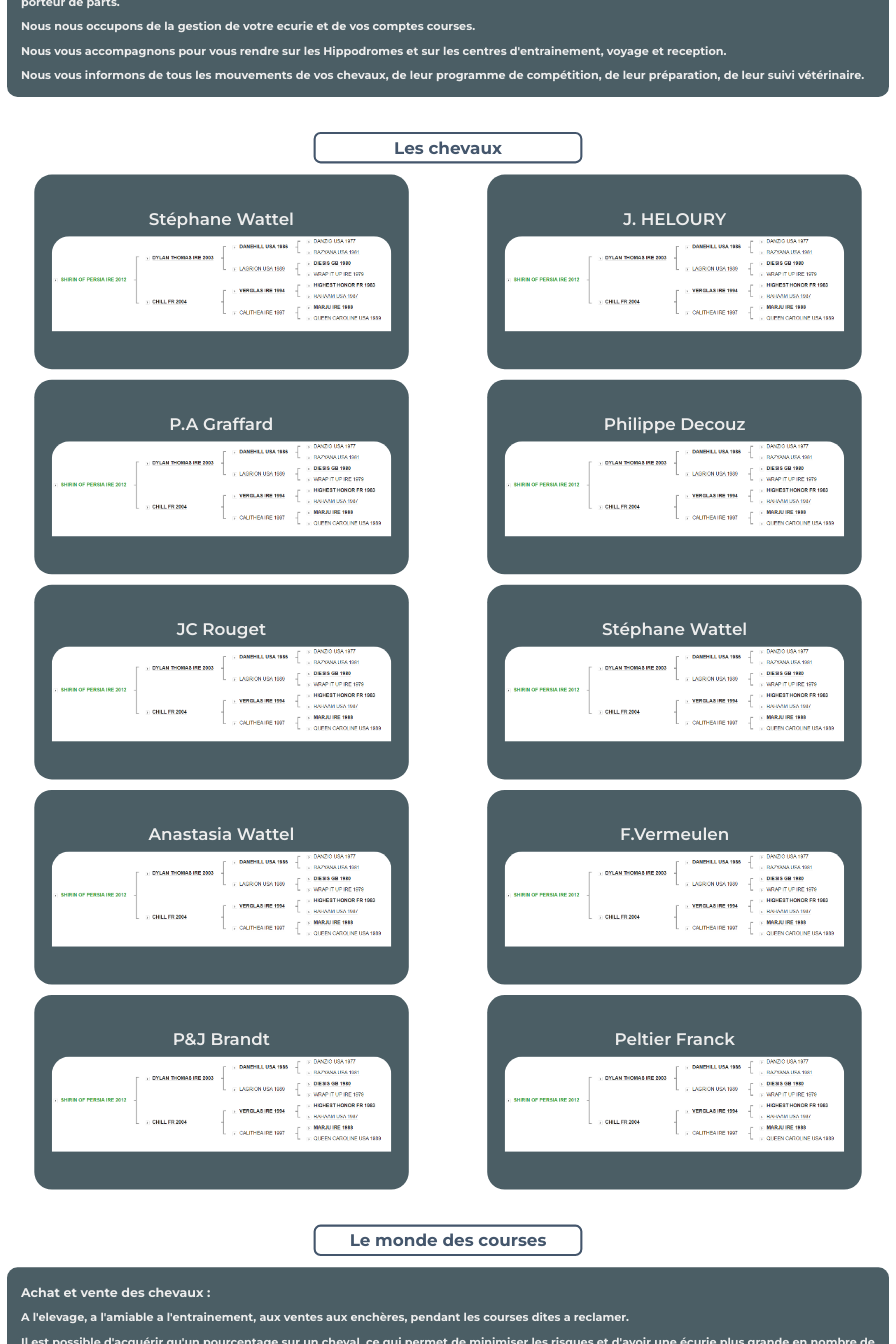
Repository: Vanitti/Site-web
Page: index.html
The author's editor kept a copy of each file at every save. The page is drawn from the files as they stood at one save, then again after the next save.
The browser window is 1280 px wide. The pictures show the part of the page from y = 848 to 2768 px (the page is 4079 px tall before and 4109 px after), at 70% of full size.
Some web libraries are served in a nearby version.

Above is the page before, as saved 2023-06-24 15:19:50.
Not found: app.js

### index.html
<!DOCTYPE html>
<html lang="fr">
<head>
    <meta charset="UTF-8">
    <meta name="viewport" content="width=device-width, initial-scale=1.0">
    <title>F&F Horses</title>
    <link rel="icon" href="images/couleur-t.png">
    <link rel="stylesheet" href="index.css">
    <script src="app.js"></script>
    <script src="https://cdnjs.cloudflare.com/ajax/libs/font-awesome/5.12.0-2/js/all.min.js"></script>
</head>
<body>
    <header class="header">
        <img src="images/couleur-t.png" alt="Logo du site">
        <nav class="nav">
            <li><a href="#accueil" class="transition">Accueil</a></li>
            <li><a href="#services" class="transition">Nos services</a></li>
            <li><a href="#chevaux" class="transition">Nos chevaux</a></li>
            <li><a href="#courses" class="transition">Le monde des courses</a></li>
            <li><a href="#histoire" class="transition">Histoire</a></li>
            <li><a href="#contact" class="transition">Contact</a></li>
            <li><a href="login.html">Se connecter</a></li>
        </nav>
    </header>

    <section  id="accueil">
        <div class="landing-page">
          <video class="video-container" id="background-video" autoplay loop muted><source src="images/video/F&F horses.mp4" type="video/mp4" ></video>
          <h1 class="big-title">F&F Horses</h1>
        </div>
    </section>


<!-- Nos services-->
<h1 id="services" class="section-title" >Nos services</h1>

<div class="s">
<h2 class="section-sous">Conseils et accompagnement :</h2>
<h3 class="texte">Nous sommes à votres disposition pour faire une sélection des chevaux, en fonction de vos envies et de votre budget.</h3>
<h3 class="texte">Nous vous accompagnons pour l'achat et la vente des chevaux.</h3>
<h3 class="texte">Nous vous accompagnons pour la creation de vos comptes et a la realisation de vos couleurs ou simplement a integrer notre société en temps que porteur de parts.</h3>
<h3 class="texte">Nous nous occupons de la gestion de votre ecurie et de vos comptes courses.</h3>
<h3 class="texte">Nous vous accompagnons pour vous rendre sur les Hippodromes et sur les centres d'entrainement, voyage et reception.</h3>
<h3 class="texte">Nous vous informons de tous les mouvements de vos chevaux, de leur programme de compétition, de leur préparation, de leur suivi vétérinaire.</h3>
</div>

<!-- Nos chevaux -->
<h1 id="chevaux" class="section-title" >Les chevaux</h1>

<div class="entraineur">
    <div ><h3 >Stéphane Wattel</h3><img class="cheval" src="images/chevaux/1.png"></div>
    <div ><h3 >J. HELOURY</h3><img class="cheval" src="images/chevaux/1.png"></div>
    <div ><h3 >P.A Graffard</h3><img class="cheval" src="images/chevaux/1.png"></div>
    <div ><h3 >Philippe Decouz</h3><img class="cheval" src="images/chevaux/1.png"></div>
    <div ><h3 >JC Rouget</h3><img class="cheval" src="images/chevaux/1.png"></div>
    <div ><h3 >Stéphane Wattel</h3><img class="cheval" src="images/chevaux/1.png"></div>
    <div ><h3 >Anastasia Wattel</h3><img class="cheval" src="images/chevaux/1.png"></div>
    <div ><h3 >F.Vermeulen</h3><img class="cheval" src="images/chevaux/1.png"></div>
    <div ><h3 >P&J Brandt</h3><img class="cheval" src="images/chevaux/1.png"></div>
    <div ><h3 >Peltier Franck</h3><img class="cheval" src="images/chevaux/1.png"></div>
</div>

<!-- Le monde des courses -->
<h1 id="courses" class="section-title" >Le monde des courses</h1>

<div class="c">
<h2 class="section-sous">Achat et vente des chevaux :</h2>
<h3 class="texte">A l'elevage, a l'amiable a l'entrainement, aux ventes aux enchères, pendant les courses dites a reclamer.</h3>
<h3 class="texte">Il est possible d'acquérir qu'un pourcentage sur un cheval, ce qui permet de minimiser les risques et d'avoir une écurie plus grande en nombre de chevaux.</h3>
<h3 class="texte">1 ou 4 chevaux à 25%.</h3>
</div>

<div class="c">
<h2 class="section-sous">Prix des chevaux :</h2>
<h3 class="texte">Il est difficle de donner un prix moyen, la valeur d'un cheval peut aller de quelques milliers d'euro a plusieurs millions. Raisonnablement, un cheval d'une valeur de 50 à 100 000 euro peut faire de belles courses. En principe plus la valeur du cheval est grande, plus il est susceptible de courir des courses de renom, les gains étant en rapport.</h3>
<h3 class="texte">En Un trotteur peut courir a partir de 2ans jusqu'a 10ans. Il doit atteindre un minimal chronometrique ( de 2 à 5ans) pour avoir le droit de courir sur un Hippodrome (environ 20 sur 2000 metres).</h3>
<h3 class="texte">Un pur-sang peut courir à partir de 2 ans pour les courses de plat et 3ans pour les courses d'obstacles, jusqu'a 6ans, la meilleure performance étant à 4ans.</h3>
<h3 class="texte">C'est l'entraineur qui décide a quelle course doit participer le cheval (en fonction de nombreux critères : age, sexe, distance, type de sol, concurrence, carriere du cheval...).</h3>
</div>

<div class="c">
<h2 class="section-sous">Gestion des courses :</h2>
<h3 class="texte">Les courses sont en réparties en 2 catégories :</h3>
<h3 class="texte">-Le trot, géré par le trotteur francais</h3>
<h3 class="texte">-Le galop et l'obstacle gérés par France Galop</h3>
<h3 class="texte">L'ensemble sous la tutelle du PMU. Les propriétaires peuvent étre en nom propre ou avoir des parts dans une société. Une demande doit etre faite aupres de la police judiciaire pour avoir droit au statut de "Propriétaire".</h3>
</div>

<div class="c">
<h2 class="section-sous">Fonctionnement :</h2>
<h3 class="texte">Un ecurie de chevaux de courses, c'est comme une équipe de Football, il faut des jeunes pour construire l'avenir et des chevaux d'age pour avoir des partants sur les hippodromes. Il faut tenir compte des blessures qui peuvent avoir de l'incidence dans l'organisation de l'ecurie, les chevaux de course étant des athletes a part entiere.</h3>
<h3 class="texte">-Le choix de la discipline est tres importante mais une ecurie peut avoir des chevaux dans les trois spécialités.</h3>
<h3 class="texte">Pour ma part, je trouve que le steeple-chase ainsi que les courses de haies sont trops dangereuses pour les chevaux où de nombreuses chutes sont fréquentes.</h3>
<h3 class="texte">-Les entraineurs peuvent etre choisi independamment par le cheval (ce qui n'est pas le cas dans une équipe de foot...), mais il est préferable de regrouper quelques chevaux chez un meme entraineur, ce qui facilite la communication ainsi que les visites des chevaux à l'entrainement.</h3>
</div>

<!-- Histoire -->
<h1 id="histoire" class="section-title" >Notre histoire</h1>

<div class="h">
<h3 class="texte">Dans le milieu du cheval depuis plus de 50 ans, Frederic Vanotti a été actif dans le monde des chevaux de course par le biais de son pere passionné egalement, propriétaire de nombreux gagnants et également élveur de pur-sang.</h3>
<h3 class="texte">Un rencontre en 2014 à provoqué la creation de la société F&F Horses. Un éleveur Normand de grande réputation a proposé des parts sur 2 poulains qui galopaient dans les prés.</h3>
<h3 class="texte">De retour en region Rhone-Alpes, un ami prit part a l'aventure afin de permettre a F&F Horses de voir le jou !.</h3>
<h3 class="texte">Depuis, de nombreux chevaux ont porté les couleurs de F&F Horses et l'entente avec le Haras Normand perdure toujours.</h3>
</div>

<!-- Footer -->

<footer id="contact" class="footer">
  <p class="HG">&copy; 2023 - F&F horses</p>
  <p class="HG"><a href="tel:+33 6 09 69 26 37">+33 6 09 69 26 37</a></p>
  <p class="HG"><a href="mailto:ffhorses01@gmail.com">ffhorses01@gmail.com</a></p>
  <p class="HG"><a href="Formulaire de contact.html">Formulaire de contact</a></p>
  <p class="HG">560 route de Maillat, 01430 Peyriat, France</p>
</footer>



<script src="app.js"></script>
</body>
</html>

### index.css
@import url('https://fonts.googleapis.com/css2?family=Montserrat:wght@100;200;300;400;500;600;700;800;900&display=swap');
@import url('https://fonts.googleapis.com/css2?family=Abril+Fatface&display=swap');
@import url('https://fonts.googleapis.com/css2?family=Roboto:wght@300&display=swap');

html {
  scroll-behavior: smooth;
}

body {
  margin: 0;
  padding: 0;
  font-family: 'Montserrat', sans-serif;
}

header {
  display: flex;
  align-items: center;
}

.scroll-down {
  color: white;
  text-decoration: none;
  position: absolute;
  bottom: 0;
}

/* Typographie */
.section-title {
    border-radius: 10px;
    font-size: 24px;
    font-weight: bold;
    text-align: center;
    border: solid;
    border-color: #44566c;
    color: #44566c;
    margin-left: 35%;
    margin-right: 35%;
    margin-top: 50px;
    padding: 5px;
  }

  .section-sous {
    font-size: 18px;
    font-weight: bold;
    color: #ececec;
    margin-top: 20px;
    margin-left: 15px;
  }

  .texte {
    font-size: 16px;
    color: #ececec;
    margin-top: 10px;
    margin-left: 15px;
  }


/* Navigation */
nav.nav {
  z-index: 7;
  top: 10px;
  position: fixed;
  display: flex;
  list-style: none;
  justify-content: center;
  align-items: center;
  line-height: 30px;
  transition: all 0.3s ease;
  white-space: nowrap; /* Ajout de la propriété pour empêcher le retour à la ligne */
  background-color: #201b22;
  opacity: 0.75;
  padding: 15px;
  left: 150px;
  right: 15px;
  border-radius: 15px;
  justify-content: space-between;
}

nav.nav li a {
  justify-content: space-between;
  text-decoration: none;
  font-weight: 600;
  transition: all 0.3s ease;
  color: #ececec;
  font-size: 20px;
  margin: 0; /* Supprimer les marges horizontales des liens */
}

nav.nav li a:hover {
  color: #4b5e65; /* Changement de couleur au survol */
  background-color: #ececec; /* Changement de couleur d'arrière-plan au survol */
  border-radius: 5px;
  padding: 5px;
}

/* Accueil */
header img {
  width: 150px;
  height: 150px;
  top: 0;
  left: 0;
  position: absolute;
}

.top-page {
  background: url('images/galoubet1.jpg');
  background-size: cover;
  height: 80vh;
  padding: 25px;
  z-index: -2;
}

#background-video {
  width: 100%;
  height: 80vh;
  object-fit: cover;
  background-size: cover;
  height: 80vh;
  z-index: -2;
  position: relative;
}

.big-title {
    color: #ececec;
    font-size: 140px;
    font-family: 'Abril Fatface', cursive;
    font-weight: 100;
    position: absolute;
    top: 0;
    transform: translate(50%, 50%);
  }

/* Nos chevaux */
#chevaux {
    font-size: 24px;
    font-weight: bold;
    text-align: center;
    margin-top: 50px;
  }

  .entraineur {
    display: grid;
    grid-template-columns: 1fr 1fr;
    grid-gap: 15px;
    justify-items: center;
    align-items: center;
    margin-top: 15px;
  }

  .entraineur div {
    text-align: center;
    background-color: #4b5e65;
    padding: 25px;
    border-radius: 25px;
  }

  .entraineur img {
    border-radius: 25px;
    max-width: 100%;
    height: auto;
    padding-bottom: 25px;
  }

  .entraineur h3 {
    font-size: 24px;
    font-weight: 600;
    margin-bottom: 10px;
    color: #ececec;
  }

/* div */
.c {
    background-color: #4b5e65;
    margin: 10px;
    border-radius: 15px;
    padding: 5px;
}

.s {
    background-color:#4b5e65;
    margin: 10px;
    border-radius: 15px;
    padding: 5px;
}

.h {
    background-color: #4b5e65;
    margin: 10px;
    border-radius: 15px;
    padding: 5px;
}

/* footer */
footer {
    margin-top: 30px ;
    display: flex;
    justify-content: center;
    align-items: center;
    flex-wrap: wrap;
    padding: 15px;
    background-color: #313131;
  }

  footer p {
    margin: 0 10px;
    color: #f1f1f1;
  }

  .HG a {
    color: #f1f1f1;
    text-decoration: none;
  }

  .HG a:hover {
    color: white;
    font-weight: bold;
    transition: 0.3s;
  }

After the next save:
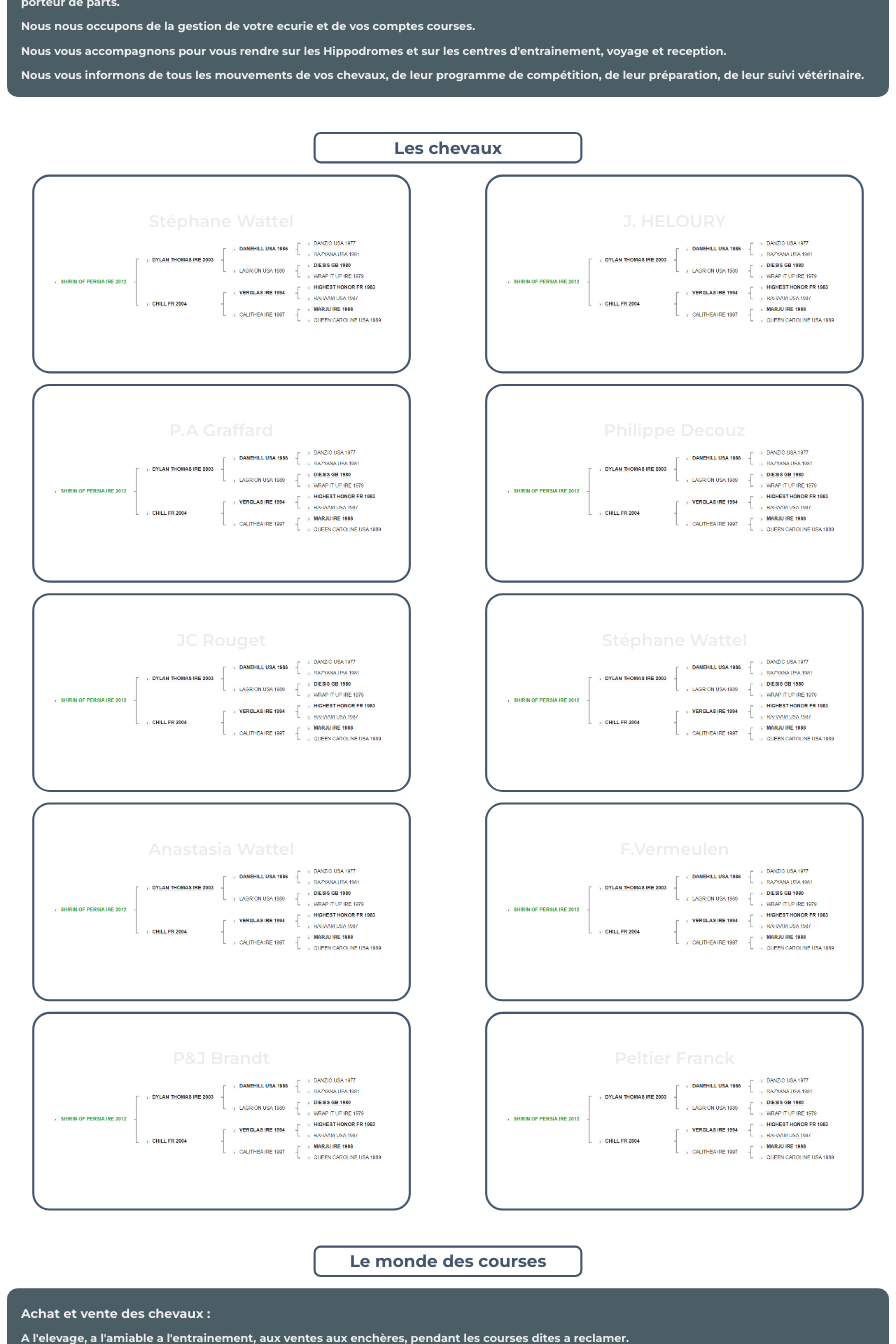
Saved 25 s later.
--- a/index.css
+++ b/index.css
@@ -149,7 +149,8 @@ header img {
 
   .entraineur div {
     text-align: center;
-    background-color: #4b5e65;
+    border: solid;
+    border-color: #44566c;
     padding: 25px;
     border-radius: 25px;
   }
